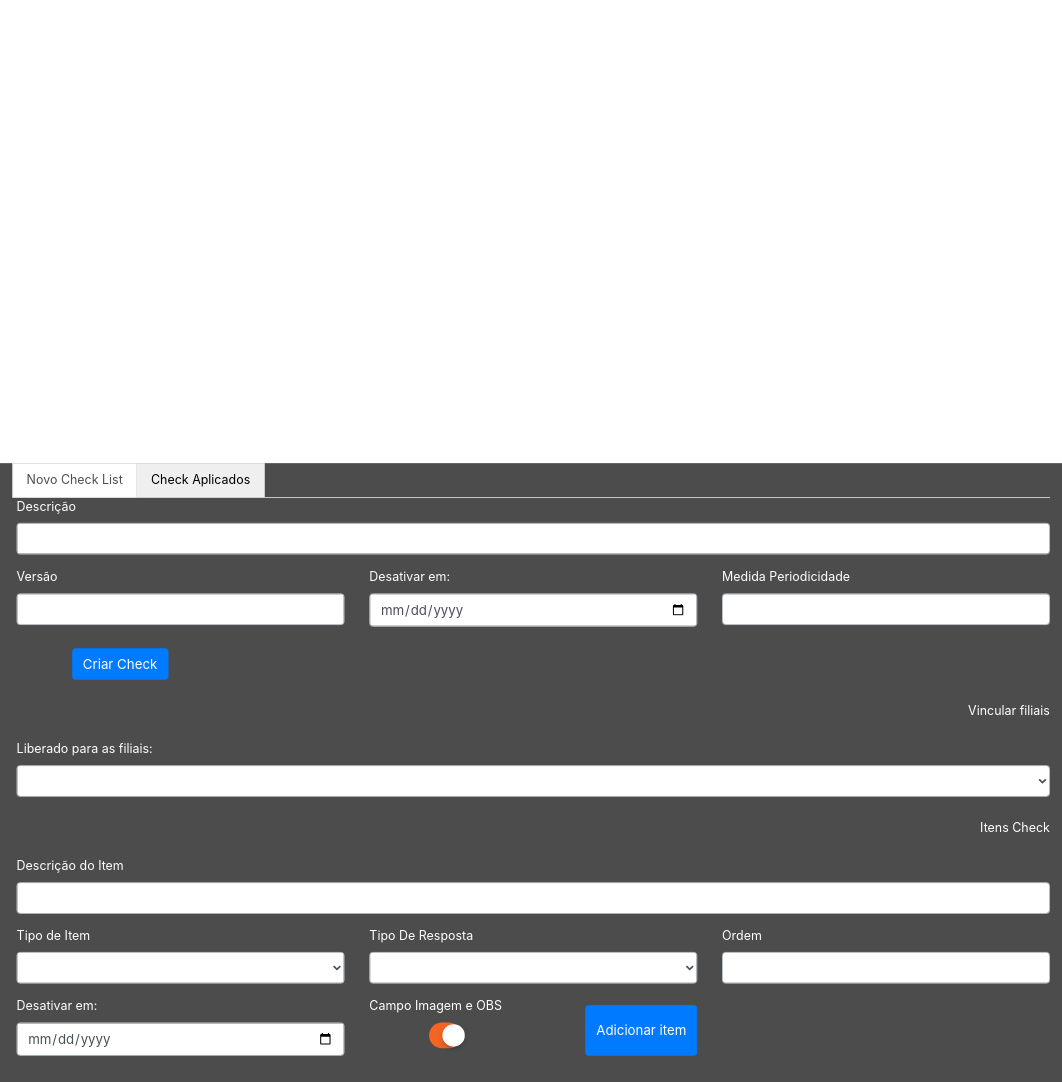
Repository: Conlog-SA/portal_operacional
Page: apps/safety_layout_checklist_app/templates/safety_layout_checklist_app/form_cad_layout_checklist.html
The author's editor kept a copy of each file at every save. The page is drawn from the files as they stood at one save, then again after a run of saves.
The browser window is 1280 px wide. The pictures show the whole page, at 83% of full size.
The template is drawn by Django 3.2. The application's start-up code is not run. The template is opened directly, without the code that normally fills it, so the values that code supplies are empty.

Above is the page before, as saved 2023-11-16 15:50:52.

After the next 2 saves:
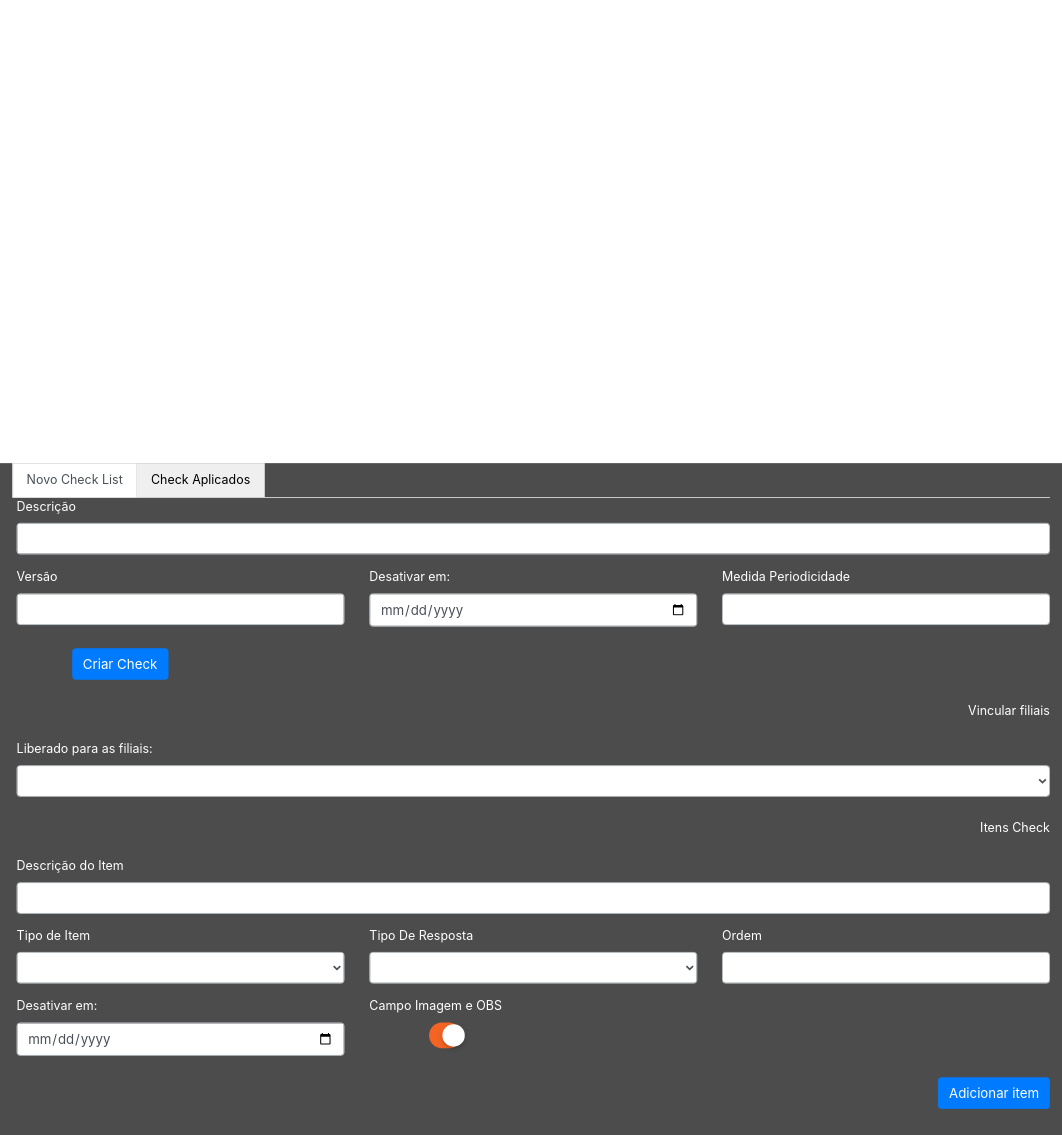
The 2 saves are shown as one change because they came seconds apart.
The last was saved 2 min 4 s later.
--- a/apps/safety_layout_checklist_app/templates/safety_layout_checklist_app/form_cad_layout_checklist.html
+++ b/apps/safety_layout_checklist_app/templates/safety_layout_checklist_app/form_cad_layout_checklist.html
@@ -111,7 +111,7 @@
                                         </label>
                                   </div>
                               </div>
-                              <div class="form-group col-sm-2 d-flex justify-content-end" style="margin-top:10px">
+                              <div class="form-group  col-md-12 w-15 d-flex justify-content-end" style="margin-top:10px">
                                 <button type="button" class="btn btn-primary btn-form" id="btn_new_check" name="btn_new_check"> Adicionar item</button>
                              </div>
                           </div>

After the save that followed:
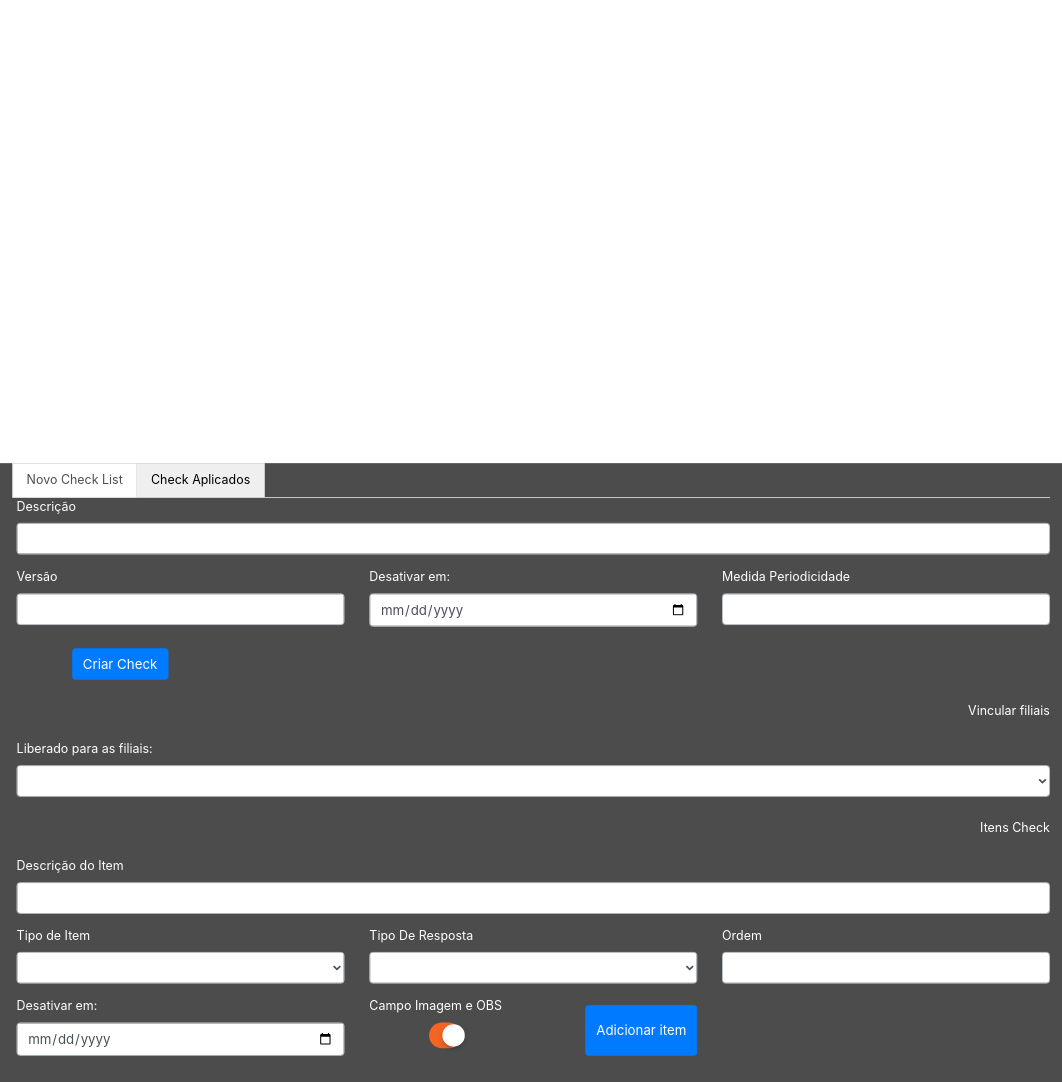
Saved 38 s later.
--- a/apps/safety_layout_checklist_app/templates/safety_layout_checklist_app/form_cad_layout_checklist.html
+++ b/apps/safety_layout_checklist_app/templates/safety_layout_checklist_app/form_cad_layout_checklist.html
@@ -111,7 +111,7 @@
                                         </label>
                                   </div>
                               </div>
-                              <div class="form-group  col-md-12 w-15 d-flex justify-content-end" style="margin-top:10px">
+                              <div class="form-group  col-md-2 w-15 d-flex justify-content-end" style="margin-top:10px">
                                 <button type="button" class="btn btn-primary btn-form" id="btn_new_check" name="btn_new_check"> Adicionar item</button>
                              </div>
                           </div>
